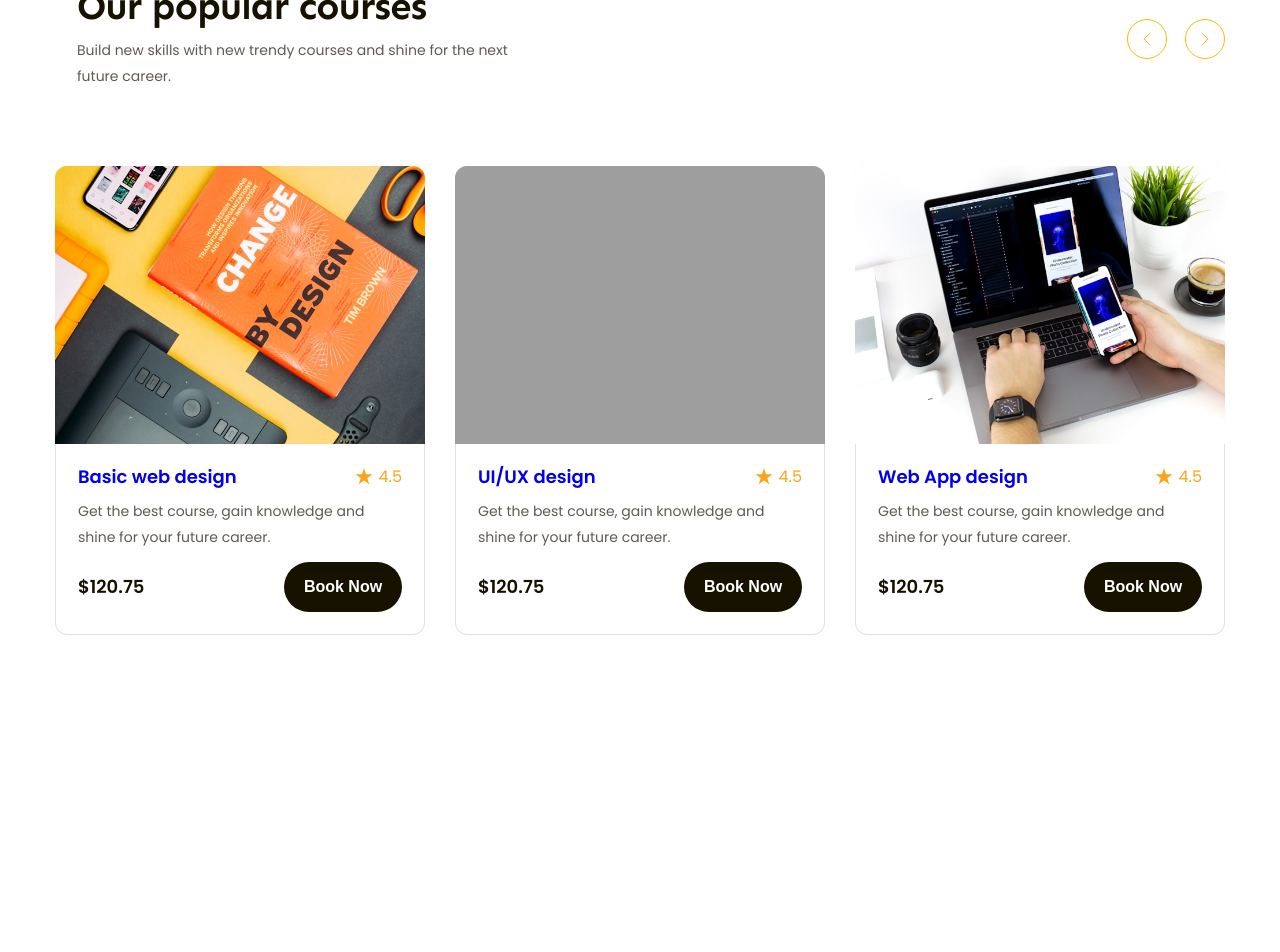
Repository: vancong171001/f8-html-css-02
Page: index.html
These files come from the project's save history. The page is drawn as it stood at one moment and after the next save; the edit follows.
The browser window is 1280 px wide. The pictures show the part of the page from y = 1133 to 2085 px (the page is 5000 px tall).
Pictures or frames that could not be fetched are drawn as grey boxes. A picture or video elsewhere on the page could not be fetched, so the positions and the page height are approximate.

Above is the page before, as saved 2025-03-11 14:43:53.

### index.html
<!DOCTYPE html>
<html lang="en">
  <head>
    <meta charset="UTF-8" />
    <meta name="viewport" content="width=device-width, initial-scale=1.0" />
    <title>F8 Project 02</title>
    <!-- Reset CSS -->
    <link rel="stylesheet" href="./assets/css/reset.css" />

    <!-- Embed fonts -->
    <link rel="preconnect" href="https://fonts.googleapis.com" />
    <link rel="preconnect" href="https://fonts.gstatic.com" crossorigin />
    <link
      href="https://fonts.googleapis.com/css2?family=Poppins:ital,wght@0,400;0,500;0,600;0,700;1,400&family=Sen:wght@700&display=swap"
      rel="stylesheet"
    />

    <!-- Style CSS -->
    <link rel="stylesheet" href="assets/css/style.css" />
  </head>
  <body>
    <main style="height: 5000px">
      <!-- Header -->
      <header class="header fixed">
        <div class="main-content">
          <div class="body">
            <!-- Logo -->
            <img src="./assets/img/logo.svg" alt="Lesson" class="logo" />

            <!-- Nav -->
            <nav class="nav">
              <ul>
                <li class="active">
                  <a href="#!">Home</a>
                </li>
                <li>
                  <a href="#!">Courses</a>
                </li>
                <li>
                  <a href="#!">Pricing</a>
                </li>
                <li>
                  <a href="#!">Reviews</a>
                </li>
              </ul>
            </nav>

            <!-- Action -->
            <div class="action">
              <a href="#!" class="btn sign-up-btn">Sign Up</a>
            </div>
          </div>
        </div>
      </header>

      <!-- Hero -->
      <div class="hero">
        <div class="main-content">
          <div class="body">
            <!-- Hero left -->
            <div class="media-block">
              <img
                src="https://images.unsplash.com/photo-1740734940319-7208196590b7?w=600&auto=format&fit=crop&q=60&ixlib=rb-4.0.3&ixid=M3wxMjA3fDB8MHxmZWF0dXJlZC1waG90b3MtZmVlZHwxNHx8fGVufDB8fHx8fA%3D%3D"
                alt="Learn without limits and spread knowledge."
                class="img"
              />

              <div class="hero-summary">
                <div class="item">
                  <div class="icon">
                    <img src="./assets/icon/list.svg" alt="" />
                  </div>
                  <div class="info">
                    <p class="lable">20 Courses</p>
                    <p class="title">UI/UX Design</p>
                  </div>
                </div>
                <div class="item">
                  <div class="icon">
                    <img src="./assets/icon/code.svg" alt="" />
                  </div>
                  <div class="info">
                    <p class="lable">20 Courses</p>
                    <p class="title">Development</p>
                  </div>
                </div>
                <div class="item">
                  <div class="icon">
                    <img src="./assets/icon/speaker.svg" alt="" />
                  </div>
                  <div class="info">
                    <p class="lable">30 Courses</p>
                    <p class="title">Marketing</p>
                  </div>
                </div>
              </div>
            </div>

            <!-- Hero right -->
            <div class="content-block">
              <h1 class="heading lv1">
                Learn without limits and spread knowledge.
              </h1>
              <p class="desc">
                Build new skills for that “this is my year” feeling with
                courses, certificates, and degrees from world-class universities
                and companies.
              </p>
              <div class="cta-group">
                <a href="#!" class="btn hero-cta">See Courses</a>
                <button class="watch-video">
                  <div class="icon">
                    <img src="./assets/icon/play.svg" alt="" />
                  </div>
                  <span>Watch Video</span>
                </button>
              </div>
              <p class="desc">Recent engagement</p>
              <p class="desc stats">
                <strong>50K</strong> Students <strong>70+</strong> Courses
              </p>
            </div>
          </div>
        </div>
      </div>

      <!-- Popular -->
      <div class="popular">
        <div class="main-content">
          <div class="popular-top">
            <div class="info">
              <h2 class="heading lv2">Our popular courses</h2>
              <p class="desc">
                Build new skills with new trendy courses and shine for the next
                future career.
              </p>
            </div>
            <div class="controls">
              <button class="control-btn">
                <svg
                  width="8"
                  height="14"
                  viewBox="0 0 8 14"
                  fill="none"
                  xmlns="http://www.w3.org/2000/svg"
                >
                  <path
                    d="M7 1L1 7L7 13"
                    stroke="currentColor"
                    stroke-linecap="round"
                    stroke-linejoin="round"
                  />
                </svg>
              </button>
              <button class="control-btn">
                <svg
                  width="8"
                  height="14"
                  viewBox="0 0 8 14"
                  fill="none"
                  xmlns="http://www.w3.org/2000/svg"
                >
                  <path
                    d="M1 1L7 7L1 13"
                    stroke="currentColor"
                    stroke-linecap="round"
                    stroke-linejoin="round"
                  />
                </svg>
              </button>
            </div>
          </div>

          <div class="course-list">
            <!-- Course Item 1 -->
            <div class="course-item">
              <a href="#!">
                <img
                  src="./assets/img/course-1.jpg"
                  alt="Basic web design"
                  class="thumb"
                />
              </a>
              <div class="info">
                <div class="head">
                  <h3 class="title"><a href="#!">Basic web design</a></h3>
                  <div class="rating">
                    <img src="./assets/icon/star.svg" alt="Star" class="star" />
                    <span class="value">4.5</span>
                  </div>
                </div>
                <p class="desc">
                  Get the best course, gain knowledge and shine for your future
                  career.
                </p>
                <div class="foot">
                  <span class="price">$120.75</span>
                  <button class="btn boot-btn">Book Now</button>
                </div>
              </div>
            </div>
            <!-- Course Item 2 -->
            <div class="course-item">
              <a href="#!">
                <img
                  src="./assets/img/course-2.jpg"
                  alt="UI/UX design"
                  class="thumb"
                />
              </a>
              <div class="info">
                <div class="head">
                  <h3 class="title">
                    <a href="#!">UI/UX design</a>
                  </h3>
                  <div class="rating">
                    <img src="./assets/icon/star.svg" alt="Star" class="star" />
                    <span class="value">4.5</span>
                  </div>
                </div>
                <p class="desc">
                  Get the best course, gain knowledge and shine for your future
                  career.
                </p>
                <div class="foot">
                  <span class="price">$120.75</span>
                  <button class="btn boot-btn">Book Now</button>
                </div>
              </div>
            </div>
            <!-- Course Item 3 -->
            <div class="course-item">
              <a href="#!">
                <img
                  src="./assets/img/course-3.jpg"
                  alt="Web App design"
                  class="thumb"
                />
              </a>
              <div class="info">
                <div class="head">
                  <h3 class="title">
                    <a href="#!">Web App design</a>
                  </h3>
                  <div class="rating">
                    <img src="./assets/icon/star.svg" alt="Star" class="star" />
                    <span class="value">4.5</span>
                  </div>
                </div>
                <p class="desc">
                  Get the best course, gain knowledge and shine for your future
                  career.
                </p>
                <div class="foot">
                  <span class="price">$120.75</span>
                  <button class="btn boot-btn">Book Now</button>
                </div>
              </div>
            </div>
          </div>
        </div>
      </div>
    </main>
  </body>
</html>

### assets/css/style.css
* {
  box-sizing: border-box;
}

:root {
  --primary-color: #ffb900;
  --font-heading: Sen, san-serif;
}

html {
  font-size: 62.5%;
}

body {
  font-size: 1.6rem;
  font-family: "Poppins", sans-serif;
}

/* ========== Common ========= */
a {
  text-decoration: none;
}

.btn {
  display: inline-block;
  min-width: 118px;
  padding: 0 16px;
  line-height: 50px;
  color: #fff;
  text-align: center;
  font-size: 1.6rem;
  font-weight: 600;
  border-radius: 999px;
  background: #171100;
}

.btn:hover {
  opacity: 0.9;
  cursor: pointer;
}

.heading {
  color: #171100;
  font-family: var(--font-heading);
  font-weight: 700;
  letter-spacing: -0.02em;
}

.heading.lv1 {
  font-size: 5.8rem;
  line-height: 1.17; /* 117.241% */
}

.heading.lv2 {
  font-size: 3.8rem;
  line-height: 1.26; /* 126.316% */
}

.main-content {
  width: 1170px;
  max-width: calc(100% - 48px);
  margin-left: auto;
  margin-right: auto;
}

/* ========== Header ========= */
.header {
  background: #fffcf4;
}

.header.fixed {
  position: sticky;
  top: -28px;
  z-index: 1;
}

.header .body {
  display: flex;
  align-items: center;
  padding: 36px 0 8px;
}

.nav {
  margin-left: auto;
}

.nav ul {
  display: flex;
}

.nav a {
  position: relative;
  padding: 8px 21px;
  color: #5f5b53;
  font-size: 1.6rem;
}

.nav a:hover,
.nav li.active a {
  /* font-weight: 600; */
  text-shadow: 1px 0 0 currentColor;
  color: #171100;
}

.nav li.active a::after {
  content: "";
  position: absolute;
  left: 21px;
  bottom: 6px;
  display: block;
  width: 12px;
  height: 2px;
  border-radius: 1px;
  background: #171100;
}

.header .sign-up-btn {
  min-width: 144px;
}

.header .action {
  margin-left: 49px;
}

/* ========== Hero ========= */
.hero {
  padding: 56px 0 65px;
  background: #fffcf4;
}

.hero .body {
  display: flex;
}

/* Hero Left */
.hero .media-block {
  position: relative;
  width: 48%;
}

.hero .media-block .img {
  width: 470px;
  height: 685px;
  object-fit: cover;
  border-radius: 20px;
  display: block;
}

.hero-summary {
  position: absolute;
  right: 0;
  bottom: 48px;
  width: 270px;
  padding: 24px;
  border-radius: 12px;
  background: #fff;
  box-shadow: 0px 16px 32px 0px rgba(0, 0, 0, 0.05);
}

.hero-summary .item {
  display: flex;
  align-items: center;
}

.hero-summary .item + .item {
  margin-top: 22px;
}

.hero-summary .icon {
  width: 48px;
  height: 48px;
  border-radius: 50%;
  display: flex;
  justify-content: center;
  align-items: center;
  background: #fff9e8;
}

.hero-summary .item:nth-of-type(2) .icon {
  background: #fcefff;
}
.hero-summary .item:last-child .icon {
  background: #ebeaff;
}

.hero-summary .info {
  margin-left: 16px;
}

.hero-summary .lable {
  color: #5f5b53;
  font-size: 1.4rem;
  line-height: 1.86; /* 185.714% */
}

.hero-summary .title {
  color: #171100;
  font-size: 1.8rem;
  font-weight: 600;
  line-height: 1.67; /* 166.667% */
}

/* Hero Right */
.hero .content-block {
  width: 52%;
  padding: 64px 0 0 130px;
}

.hero .desc {
  margin-top: 22px;
  color: #5f5b53;
  font-size: 1.8rem;
  line-height: 1.67; /* 166.667% */
}

.hero .cta-group {
  display: flex;
  align-items: center;
  margin: 38px 0 48px;
}

.hero .hero-cta {
  min-width: 180px;
  line-height: 64px;
  background: var(--primary-color);
  border-radius: 32px;
}

.hero .watch-video {
  display: flex;
  align-items: center;
  border: none;
  background: transparent;
  margin-left: 28px;
  cursor: pointer;
}

.hero .watch-video .icon {
  width: 40px;
  height: 40px;
  border-radius: 50%;
  display: flex;
  justify-content: center;
  align-items: center;
  background: #ffffff;
  box-shadow: 0px 8px 16px rgba(0, 0, 0, 0.07);
}

.hero .watch-video span {
  color: #171100;
  font-size: 1.8rem;
  font-weight: 600;
  line-height: 1.67; /* 166.667% */
  margin-left: 14px;
}

.hero .stats {
  margin: 8px 0 0 -28px;
}

.hero .stats strong {
  color: #171100;
  font-family: var(--font-heading);
  font-size: 4.4rem;
  font-weight: 700;
  line-height: 1.22; /* 122.727% */
  padding: 0 8px 0 28px;
}

/* ========== Hero ========= */
.popular {
  padding: 65px 0;
  margin-top: 135px;
}

.popular-top {
  display: flex;
  justify-content: space-between;
  align-items: center;
}

.popular-top .desc {
  color: #5f5b53;
  font-size: 1.8rem;
  line-height: 1.67; /* 166.667% */
  margin-top: 16px;
  width: 458px;
}

.popular-top .controls {
  display: flex;
  gap: 18px;
}

.popular-top .control-btn {
  background: transparent;
  border: 1px solid var(--primary-color);
  width: 40px;
  height: 40px;
  border-radius: 50%;
  display: flex;
  justify-content: center;
  align-items: center;
  color: var(--primary-color);
}

.popular-top .control-btn:hover {
  background: var(--primary-color);
  color: #fff;
  cursor: pointer;
}

.popular .course-list {
  margin-top: 55px;
  display: flex;
  gap: 30px;
}

.popular .course-item {
  flex: 1;
  border-radius: 12px;
  border: 1px solid #e2dfda;
  background: #fff;
}

.popular .course-item:hover {
  border-color: transparent;
  box-shadow: 0px 18px 36px 0px rgba(0, 0, 0, 0.05);
}

.popular .course-item .thumb {
  width: calc(100% + 2px);
  border-radius: 12px 12px 0px 0px;
  height: 278px;
  object-fit: cover;
  margin: -1px;
}

.popular .info {
  margin: 16px 22px 22px;
}

.popular .course-item .head,
.popular .course-item .rating,
.popular .course-item .foot {
  display: flex;
  justify-content: space-between;
  align-items: center;
}

.popular .course-item .title {
  color: #171100;
  font-size: 1.8rem;
  font-weight: 600;
  line-height: 1.67; /* 166.667% */

}

.popular .rating .value {
  color: #fea31b;
  font-size: 1.6rem;
  margin-left: 6px;
  line-height: 1.75;
}

.popular .desc {
  color: #5f5b53;
  font-size: 1.4rem;
  line-height: 1.86; /* 185.714% */
  margin-top: 6px;
}

.popular .foot {
  margin-top: 12px;
}

.popular .foot .price {
  color: #171100;
  font-size: 1.8rem;
  font-weight: 600;
  line-height: 1.67; /* 166.667% */
}

.popular .foot .boot-btn {
  border: none;
}

.popular .foot .boot-btn:hover {
  background: var(--primary-color);
  color: white;
}

Loaded but not shown: assets/css/reset.css (common file)

After the next save:
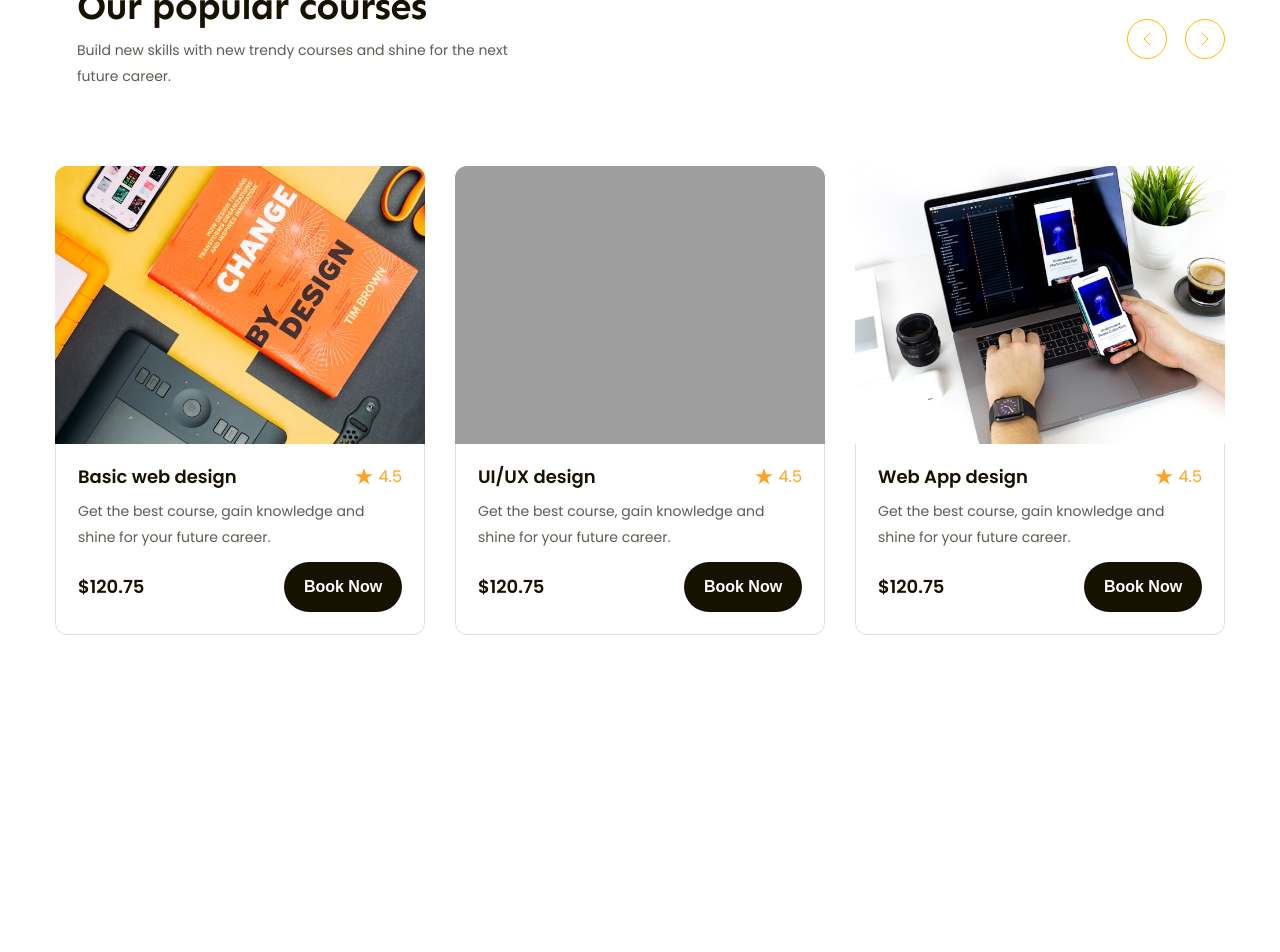
Saved 4 s later.
--- a/assets/css/style.css
+++ b/assets/css/style.css
@@ -348,7 +348,7 @@
   align-items: center;
 }
 
-.popular .course-item .title {
+.popular .course-item .title a {
   color: #171100;
   font-size: 1.8rem;
   font-weight: 600;
